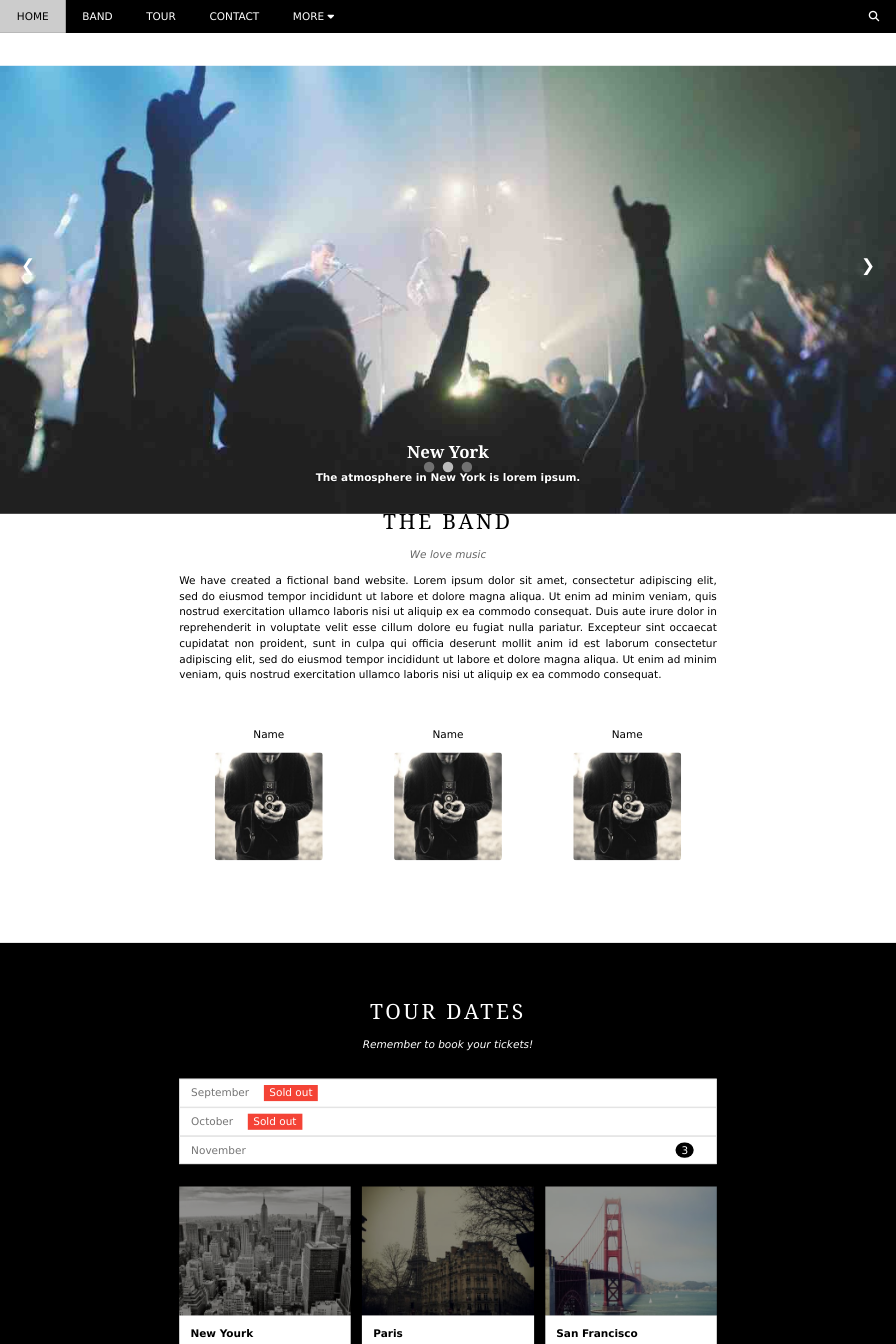
Repository: tam1512/The-Band
Page: index.html
These files come from the project's save history. The page is drawn as it stood at one moment and after the next save; the edit follows.
The browser window is 1280 px wide. The pictures show the part of the page from y = 0 to 1920 px (the page is 3603 px tall), at 70% of full size.
Some web libraries are served in a nearby version.

Above is the page before, as saved 2022-07-27 19:51:20.

### index.html
<!DOCTYPE html>
<html lang="en">
  <head>
    <meta charset="UTF-8" />
    <meta http-equiv="X-UA-Compatible" content="IE=edge" />
    <meta name="viewport" content="width=device-width, initial-scale=1.0" />
    <link
      rel="stylesheet"
      href="https://cdnjs.cloudflare.com/ajax/libs/font-awesome/6.1.1/css/all.min.css"
      integrity="sha512-KfkfwYDsLkIlwQp6LFnl8zNdLGxu9YAA1QvwINks4PhcElQSvqcyVLLD9aMhXd13uQjoXtEKNosOWaZqXgel0g=="
      crossorigin="anonymous"
      referrerpolicy="no-referrer"
    />
    <link rel="stylesheet" href="./assets/css/style.css" />
    <title>The Band</title>
  </head>
  <body>
    <div class="container">
      <!-- header -->
      <div class="header" id="home">
        <ul class="header_nav">
          <li><a href="#home">HOME</a></li>
          <li><a href="#band">BAND</a></li>
          <li><a href="#tour">TOUR</a></li>
          <li><a href="#contact">CONTACT</a></li>
          <li class="header_nav_dropdown">
            <a href="javascript:void(0)" class="dropbtn">
              MORE
              <i class="fa-solid fa-caret-down"></i>
            </a>
            <div class="dropdown-content">
              <a href="#">Merchandise</a>
              <a href="#">Extras</a>
              <a href="#">Media</a>
            </div>
          </li>
        </ul>
        <div id="header_search">
          <i class="fa-solid fa-magnifying-glass text-white"></i>
        </div>
      </div>
      <!-- Slideshow container -->
      <div class="slider">
        <!-- Full-width image with caption text -->
        <div class="slider_slides-cont">
          <div class="slider_slide">
            <img src="assets/img/la.jpg" alt="Los Angeles" />
            <div class="text padding-32-16 text-white">
              <h3 class="fz-24 margin-10-0">Los Angeles</h3>
              <p class="margin-15-0">
                <b class="text-shadow">We had the bes time playing at Venice Beach!</b>
              </p>
            </div>
          </div>

          <div class="slider_slide">
            <img src="assets/img/ny.jpg" alt="New York" />
            <div class="text padding-32-16 text-white">
              <h3 class="fz-24 margin-10-0">New York</h3>
              <p class="margin-15-0">
                <b class="text-shadow">The atmosphere in New York is lorem ipsum.</b>
              </p>
            </div>
          </div>

          <div class="slider_slide">
            <img src="assets/img/chicago.jpg" alt="Chicago" />
            <div class="text padding-32-16 text-white">
              <h3 class="fz-24 margin-10-0">Chicago</h3>
              <p class="margin-15-0">
                <b class="text-shadow">Thank you, Chicago - A night we won't forget</b>
              </p>
            </div>
          </div>
        </div>

        <!-- The pagination/circles -->
         <div class="slider_pagination"></div>

        <!-- Next and previous buttons (navigatin slide)-->
        <a class="prev">&#10094</a>
        <a class="next">&#10095</a>
      </div>
      <div class="content">
          <div class="padding-64-16 text-center" id="band">
            <h2 class="tilte fz-30 margin-10-0">THE BAND</h2>
            <p class="margin-15-0"><i class="sub-title opacity">We love music</i></p>
            <p class="band_content margin-15-0 text-justify">We have created a fictional band website. Lorem ipsum dolor sit amet, consectetur adipiscing elit, sed do eiusmod tempor incididunt ut labore et dolore magna aliqua. Ut enim ad minim veniam, quis nostrud exercitation ullamco laboris nisi ut aliquip ex ea commodo consequat. Duis aute irure dolor in reprehenderit in voluptate velit esse cillum dolore eu fugiat nulla pariatur. Excepteur sint occaecat cupidatat non proident, sunt in culpa qui officia deserunt mollit anim id est laborum consectetur adipiscing elit, sed do eiusmod tempor incididunt ut labore et dolore magna aliqua. Ut enim ad minim veniam, quis nostrud exercitation ullamco laboris nisi ut aliquip ex ea commodo consequat.</p>
            <div class="row band_members padding-32-0">
              <div class="third band_member">
                <p class="margin-15-0">Name</p>
                <img src="assets/img/bandmember.jpg" alt="band member" class="band_member_img margin-bottom-16">
              </div>
              <div class="third band_member">
                <p class="margin-15-0">Name</p>
                <img src="assets/img/bandmember.jpg" alt="band member" class="band_member_img margin-bottom-16">
              </div>
              <div class="third band_member">
                <p class="margin-15-0">Name</p>
                <img src="assets/img/bandmember.jpg" alt="band member" class="band_member_img margin-bottom-16">
              </div>
            </div>
          </div>
          <div class="backgroud-black" id="tour">
            <div class="tour-container padding-64-16 text-center text-white">
              <h2 class="tilte fz-30 margin-10-0">TOUR DATES</h2>
              <p class="margin-15-0"><i class="sub-title">Remember to book your tickets!</i></p>
              <br>
              <ul class="list-month backgroud-white">
                <li class="month-item padding-8-16 boder-bottom">
                  <p class="month text-grey">September</p>
                  <span class="ticket-sold-out text-white">Sold out</span>
                </li>
                <li class="month-item padding-8-16 boder-bottom">
                  <p class="month text-grey">October</p>
                  <span class="ticket-sold-out text-white">Sold out</span>
                </li>
                <li class="month-item padding-8-16 boder-bottom">
                  <p class="month text-grey">November</p>
                  <span class="ticket-still text-white">3</span>
                </li>
              </ul>

              <div class="row ticket-list padding-32-8">
                <div class="ticket-wrap third margin-bottom-16 padding-0-8">
                  <img class="ticket-img img opacity" src="assets/img/newyork.jpg" alt="Ticket New Yourk">
                  <div class="ticket-content padding-0-16 backgroud-white text-left">
                    <p class="ticket-name margin-15-0 text-black"><b>New Yourk</b></p>
                    <p class="ticket-time margin-15-0 text-grey">Fri 27 Nov 2016</p>
                    <p class="ticket-desc margin-15-0 text-black">Praesent tincidunt sed tellus ut rutrum sed vitae justo.</p>
                    <button class="btn-buy-ticket btn margin-bottom-16">Buy Ticket</button>
                  </div>
                </div>
                <div class="ticket-wrap third margin-bottom-16 padding-0-8">
                  <img class="ticket-img img opacity" src="assets/img/paris.jpg" alt="Ticket Chicago">
                  <div class="ticket-content padding-0-16 backgroud-white text-left">
                    <p class="ticket-name margin-15-0 text-black"><b>Paris</b></p>
                    <p class="ticket-time margin-15-0 text-grey">Sat 28 Nov 2016</p>
                    <p class="ticket-desc margin-15-0 text-black">Praesent tincidunt sed tellus ut rutrum sed vitae justo.</p>
                    <button class="btn-buy-ticket btn margin-bottom-16">Buy Ticket</button>
                  </div>
                </div>
                <div class="ticket-wrap third margin-bottom-16 padding-0-8">
                  <img class="ticket-img img opacity" src="assets/img/sanfran.jpg" alt="Ticket San Francisco">
                  <div class="ticket-content padding-0-16 backgroud-white text-left">
                    <p class="ticket-name margin-15-0 text-black"><b>San Francisco</b></p>
                    <p class="ticket-time margin-15-0 text-grey">Sun 29 Nov 2016</p>
                    <p class="ticket-desc margin-15-0 text-black">Praesent tincidunt sed tellus ut rutrum sed vitae justo.</p>
                    <button class="btn-buy-ticket btn margin-bottom-16">Buy Ticket</button>
                  </div>
                </div>
              </div>
            </div>
          </div>
          <div class="padding-64-16 text-center" id="contact">
            <h2 class="tilte fz-30 margin-10-0">CONTACT</h2>
            <p class="margin-15-0"><i class="sub-title opacity">Fan? Drop a note!</i></p>
            <div class="row padding-32-0">
              <div class="contact_content half margin-bottom-16 text-left">
                <p class="margin-bottom-8" id="contact_adress">
                  <i class="fa-solid fa-location-dot"></i>
                  Chicago, US
                </p>
                <p class="margin-bottom-8" id="contact_phone">
                  <i class="fa-solid fa-phone"></i>
                  Phone: <a href="tel:+00 151515">+00 151515</a>
                </p>
                <p class="margin-bottom-8" id="contact_email">
                  <i class="fa-solid fa-envelope"></i>
                  Email: <a href="mailto:mail@mail.com">mail@mail.com</a>
                </p>
              </div>
              <div class="contact_form half row">
                <form >
                  <div class="row row-padding name_email_form">
                    <div class="half">
                      <input type="text" name="contact_name" id="contact_name" class="input full" placeholder="Name" required>
                    </div>
                    <div class="half">
                      <input type="email" name="contact_email" id="contact_email" class="input full" placeholder="Email" required>
                    </div>
                  </div>
                  <input type="text" name="contact_message" id="contact_message" class="full input" placeholder="Message" required>
                  <input type="submit" class="btn right margin-16-0" value="SEND"></input>
                </form>
              </div>
            </div>
          </div>
          <!-- img of location/ map -->
          <img src="assets/img/map.jpg" alt="Location/Map" class="img-map img">
      </div>
      <div class="footer padding-64-16 text-center text-grey">
        <div class="social-media fz-24">
          <i class="fa-brands fa-facebook-square"></i>
          <i class="fa-brands fa-instagram"></i>
          <i class="fa-brands fa-snapchat"></i>
          <i class="fa-brands fa-pinterest-p"></i>
          <i class="fa-brands fa-twitter"></i>
          <i class="fa-brands fa-linkedin-in"></i>
        </div>
        <p class="powered margin-15-0">
          Powered by
          <a class="text-grey" href="javascript:void(0);" target="_blank">w3.css</a>
        </p>
      </div>
    </div>
    <!-- Ticket modal -->
    <div id="ticketModal">
     <div class="ticket-modal-content">
       <div class="modal-heading padding-32-16">
         <span class="btn-ticket-out btn">&times;</span>
         <h2 class="ticket-title text-center text-white fz-30">
           <i class="fa-solid fa-suitcase"></i>
           Tickets
         </h2>
       </div>
       <form class="ticket-form padding-0-16">
         <label class="ticket-form-label margin-16-0" for="quantity_person">
           <i class="fa-solid fa-cart-shopping"></i>
           Tickets, $15 per person
         </label>
         <input type="text" class="input full" id="quantity_person" name="quantity_person" placeholder="How many?">
         <label class="ticket-form-label margin-16-0" for="email">
           <i class="fa-solid fa-user"></i>
           Send To
         </label>
         <input type="email" class="input full" id="email" name="email" placeholder="Enter email">
         <a href="javascipt:void(0)" class="big-btn btn margin-16-0">
           Pay
           <i class="fa-solid fa-check"></i>
         </a>
       </form>
       <div class="modal-footer padding-0-16">
         <button class="ticket-footer-close btn margin-16-0">
           Close
           <i class="fa-solid fa-xmark"></i>
         </button>
         <p class="ticket-help margin-15-0">
           Need
           <a href="javascript::void(0);">help?</a>
         </p>
       </div>
     </div>
    </div>
    <script src="assets/js/js.js"></script>
  </body>
</html>

### assets/css/style.css
:root {
}

* {
  padding: 0em;
  margin: 0;
  box-sizing: border-box;
}

body {
  font-family: Verdana, sans-serif;
  font-size: 15px;
  line-height: 22.5px;
}

h1,
h2,
h3,
h4,
h5,
h6 {
  font-family: Georgia, serif;
}

.row:after {
  content: "";
  display: table;
  clear: both;
}

.row-padding {
  padding: 0 8px;
}

.row-padding > .half {
  padding: 0 8px;
}

.third {
  float: left;
  width: calc(100% / 3);
}

.half {
  float: left;
  width: 50%;
}

.full {
  width: 100%;
}

.right {
  float: right;
}

.fz-24 {
  font-size: 24px;
}

.fz-30 {
  font-size: 30px;
}

.text-white {
  color: white;
}

.text-grey {
  color: #757575;
}

.text-black {
  color: #000;
}

.opacity {
  opacity: 0.6 !important;
}

.backgroud-black {
  background-color: #000;
}

.backgroud-white {
  background-color: #fff;
}

.text-center {
  text-align: center;
}

.text-justify {
  text-align: justify;
}

.text-left {
  text-align: left;
}

.padding-0-8 {
  padding: 0.01em 8px !important;
}

.padding-0-16 {
  padding: 0.01em 16px !important;
}

.padding-64-16 {
  padding: 64px 16px !important;
}

.padding-32-16 {
  padding: 32px 16px !important;
}

.padding-32-8 {
  padding: 32px 8px !important;
}

.padding-32-0 {
  padding: 32px 0 !important;
}

.padding-8-16 {
  padding: 8px 16px !important;
}

.padding-32 {
  padding: 32px !important;
}

.margin-0-24 {
  margin: 0 24px !important;
}

.margin-10-0 {
  margin: 10px 0 !important;
}

.margin-15-0 {
  margin: 15px 0 !important;
}

.margin-16-0 {
  margin: 16px 0 !important;
}

.margin-bottom-16 {
  margin-bottom: 16px !important;
}

.margin-bottom-8 {
  margin-bottom: 8px !important;
}

.text-shadow {
  text-shadow: 0 0 3px #000;
}

.boder-bottom {
  border: 1px solid #ddd;
}

.btn {
  display: inline-block;
  text-decoration: none;
  color: white;
  border: none;
  outline: none;
  padding: 8px 16px;
  background-color: #000;
  line-height: 22.5px;
  font-size: 15px;
  text-align: center;
  cursor: pointer;
}

.btn:hover {
  background-color: #ccc;
  color: #000;
}

.img {
  width: 100%;
  outline: none;
  vertical-align: middle;
}

.header {
  position: fixed;
  top: 0;
  right: 0;
  left: 0;
  z-index: 2;
}

.header_nav {
  list-style-type: none;
  background-color: #000;
  overflow: hidden;
}

.header_nav > li {
  float: left;
}

.header_nav > li > a,
.dropbtn {
  display: inline-block;
  padding: 12px 24px;
  text-align: center;
  color: #fff;
  text-decoration: none;
}

.header_nav > li > a:hover,
.header_nav_dropdown:hover,
.dropbtn:hover,
.dropdown-content a:hover {
  background-color: #ccc;
  color: black;
}

li.header_nav_dropdown {
  display: inline-block;
  /* position: relative; */
}

.dropdown-content {
  display: none;
  position: absolute;
  min-width: 160px;
  background-color: #fff;
  box-shadow: 0px 8px 16px 0px rgba(0, 0, 0, 0.2);
  z-index: 1;
}

.dropdown-content a {
  color: #000 !important;
  text-align: left;
  padding: 8px 16px;
  display: block;
  text-decoration: none;
}

.header_nav_dropdown:hover .dropdown-content {
  display: block;
}

#header_search {
  position: absolute;
  top: 0;
  right: 0;
  padding: 12px 24px;
}

#header_search:hover {
  background-color: #f44336;
}

/* Slider */
/* Slideshow container */
.slider,
.slider_slides-cont {
  max-width: 100%;
  height: auto;
  position: relative;
  top: 47px;
  margin: auto;
}

/* Hide the images by default */
.slider_slide {
  display: none;
}

.slider_slide:first-child {
  display: block;
}

.slider_slides-cont img {
  width: 100%;
  height: 100%;
}

/* Next & previous buttons */
.prev,
.next {
  cursor: pointer;
  position: absolute;
  top: 50%;
  transform: translate(0, -50%);
  margin: 10px;
  padding: 24px 20px;
  color: #fff;
  font-weight: bold;
  font-size: 24px;
  transition: background-color 0.6s ease;
  border-radius: 5px 5px 5px 5px;
  user-select: none;
}

/* Position the "next button" to the right */
.next {
  right: 0;
  border-radius: 5px 5px 5px 5px;
}

/* On hover, add a black backgroound color with a little bit see-through */
.prev:hover,
.next:hover {
  background-color: rgba(191, 191, 191, 0.6);
  color: rgb(26, 23, 23);
  font-weight: bolder;
}

/* Caption text */
.text {
  position: absolute;
  left: 50%;
  transform: translate(-50%, -100%);
  text-align: center;
}

.slider_pagination {
  position: absolute;
  left: 50%;
  transform: translate(-50%, -120%);
}

.slider_pagination_btn {
  cursor: pointer;
  padding: 6px;
  background-color: transparent;
  display: inline-block;
  transition: background-color 0.6s ease;
}

.slider_pagination_btn::before {
  content: "";
  display: inline-block;
  height: 15px;
  width: 15px;
  border-radius: 50%;
  background-color: #717171;
}
.slider_pagination_btn.slider_pagination_btn--sel::before,
.slider_pagination_btn:hover::before {
  background-color: #bbb;
}

/* content */

#band,
.tour-container,
#contact {
  max-width: 800px;
  margin-left: auto;
  margin-right: auto;
}

.tilte {
  font-weight: normal;
  line-height: 45px;
  letter-spacing: 4px;
}

/* band */
/* Third image */

.band_member_img {
  width: 60%;
  border-radius: 4px;
}

/* Month ticket */
.list-month {
  list-style-type: none;
  text-align: left;
}

.month-item {
  position: relative;
}

.month {
  display: inline-block;
}

.ticket-sold-out {
  display: inline-block;
  background-color: #f44336;
  padding: 0.01em 8px;
  margin-left: 16px;
}

.ticket-still {
  display: inline-block;
  padding: 0.01em 8px;
  position: absolute;
  right: 32px;
  text-align: center;
  background-color: #000;
  border-radius: 50%;
}

/* ticket list */
.ticket-list {
  margin: 0 -16px;
}

/* ticket modal */
#ticketModal {
  display: none;
  position: fixed;
  top: 0;
  right: 0;
  bottom: 0;
  left: 0;
  overflow: auto;
  background-color: rgba(0, 0, 0, 0.4);
  z-index: 3;
}

.ticket-modal-content {
  position: relative;
  top: 49px;
  width: 500px;
  margin: auto;
  background-color: #fff;
  box-shadow: 0 4px 10px 0 rgb(0 0 0 / 20%), 0 4px 20px 0 rgb(0 0 0 / 19%);
  animation: animationtop 0.4s;
}

.modal-heading {
  background-color: #009688;
}

.ticket-title {
  font-weight: normal;
  letter-spacing: 4px;
  margin: 10px 0;
  line-height: 45px;
}

.ticket-title i {
  margin-right: 8px;
}

.btn-ticket-out {
  position: absolute;
  top: 0;
  right: 0;
  font-size: 20px;
  line-height: 36px;
  background-color: transparent;
}

.ticket-form-label {
  display: block;
}

.ticket-form-label i {
  line-height: 15px;
  font-size: 13px;
}

.input {
  display: block;
  padding: 8px;
  font-size: 15px;
  line-height: 22.5px;
  border: 1px solid #ccc;
  background-color: #fff;
}

.big-btn {
  padding: 16px;
  background-color: #009688;
  width: 100%;
  text-transform: uppercase;
}

/* modal footer */
.ticket-footer-close {
  line-height: 20px;
  background-color: #f44336;
}

.ticket-help {
  float: right;
}

.ticket-help a {
  color: #2196f3;
}

.modal-footer::after {
  content: "";
  clear: both;
}

@keyframes animationtop {
  from {
    top: -300px;
    opacity: 0;
  }
  to {
    top: 49px;
    opacity: 1;
  }
}

/* CONTACT */
.contact_content {
  font-size: 18px;
  font-weight: normal;
}

.contact_content > p > i {
  width: 30px;
}

.name_email_form {
  margin: 0 -16px 8px;
}

/* img location/map */
.img-map {
  max-width: 100%;
  filter: grayscale(50%);
}

### assets/js/js.js
let currentIndex = 0;
let newIndex = 0;
let autoplay = true;

//tạo một object cho việc tự động chuyển slide
let Autoplay = {
  timerID: null,
  interval: 4000,

  start: function () {
    this.timerID = setInterval(function () {
      newIndex++;
      navigateSlider();
    }, this.interval);
  },

  reset: function () {
    clearInterval(this.timerID);
    this.start();
  },
};

let slideElements = document.getElementsByClassName("slider_slide");
let slidesLength = slideElements.length;
let paginationElement = document.getElementsByClassName("slider_pagination")[0];
let prevElement = document.getElementsByClassName("prev")[0];
let nextElement = document.getElementsByClassName("next")[0];
// variable modal
let modal = document.getElementById("ticketModal");
let headerModalOut = document.getElementsByClassName("btn-ticket-out")[0];
let footerModalOut = document.getElementsByClassName("ticket-footer-close")[0];
let btnBuyTickets = document.getElementsByClassName("btn-buy-ticket");
// SLIDER
// lấy sự kiện click của 2 nut prev và next
prevElement.addEventListener("click", function () {
  newIndex--;
  navigateSlider();
});

nextElement.addEventListener("click", function () {
  newIndex++;
  navigateSlider();
});

// tạo số dot tương ứng với số slide
paginationHTML = [];
for (let i = 0; i < slidesLength; i++) {
  paginationHTML.push(
    `<span class="slider_pagination_btn" data-index="${i}"></span>`
  );
}
// Thêm paginationHTML vào bên trong thẻ HTML
paginationElement.innerHTML = paginationHTML.join("");

//kiểm tra xem đã có phần tử chứa class="slider_pagination_btn" chưa? nếu có lấy giá trị trong data-index của nó gán cho newIndex
paginationElement.addEventListener("click", function (e) {
  let target = e.target;
  if (target.classList.contains("slider_pagination_btn")) {
    newIndex = Number(target.getAttribute("data-index"));
    navigateSlider();
  }
});

// Hàm hiện thị slide
function navigateSlider() {
  // Kiểm tra để newIndex luôn nằm trong khoảng từ 0 -> slideLength
  if (newIndex < 0) {
    newIndex = slidesLength - 1;
  } else if (newIndex > slidesLength - 1) {
    newIndex = 0;
  }

  //Thêm và xóa slider_pagination_btn--sel
  paginationElement.childNodes[currentIndex].classList.remove(
    "slider_pagination_btn--sel"
  );
  paginationElement.childNodes[newIndex].classList.add(
    "slider_pagination_btn--sel"
  );

  //reset interval(khoảng thời gian) để slide không gặp vấn đề về chuyển đổi
  if (autoplay) {
    Autoplay.reset();
  }

  //Ẩn slide trước và hiện slide cần hiện
  slideElements[currentIndex].style.display = "none";
  slideElements[newIndex].style.display = "block";

  currentIndex = newIndex;
}

// thiết lập autoplay cho slider
if (autoplay) {
  Autoplay.start();
}

// khi load page sẽ bị lỗi hiển thị ban đầu, đây là cách giải quyết
navigateSlider();

// END SLIDER

// MODAL

for (let i = 0; i < btnBuyTickets.length; i++) {
  btnBuyTickets[i].addEventListener("click", () => {
    openModal();
  });
}

headerModalOut.addEventListener("click", function () {
  outMoDal();
});
footerModalOut.addEventListener("click", function () {
  outMoDal();
});

window.addEventListener("click", function (e) {
  if (e.target == modal) {
    outMoDal();
  }
});

function openModal() {
  modal.style.display = "block";
}

function outMoDal() {
  modal.style.display = "none";
}

After the next save:
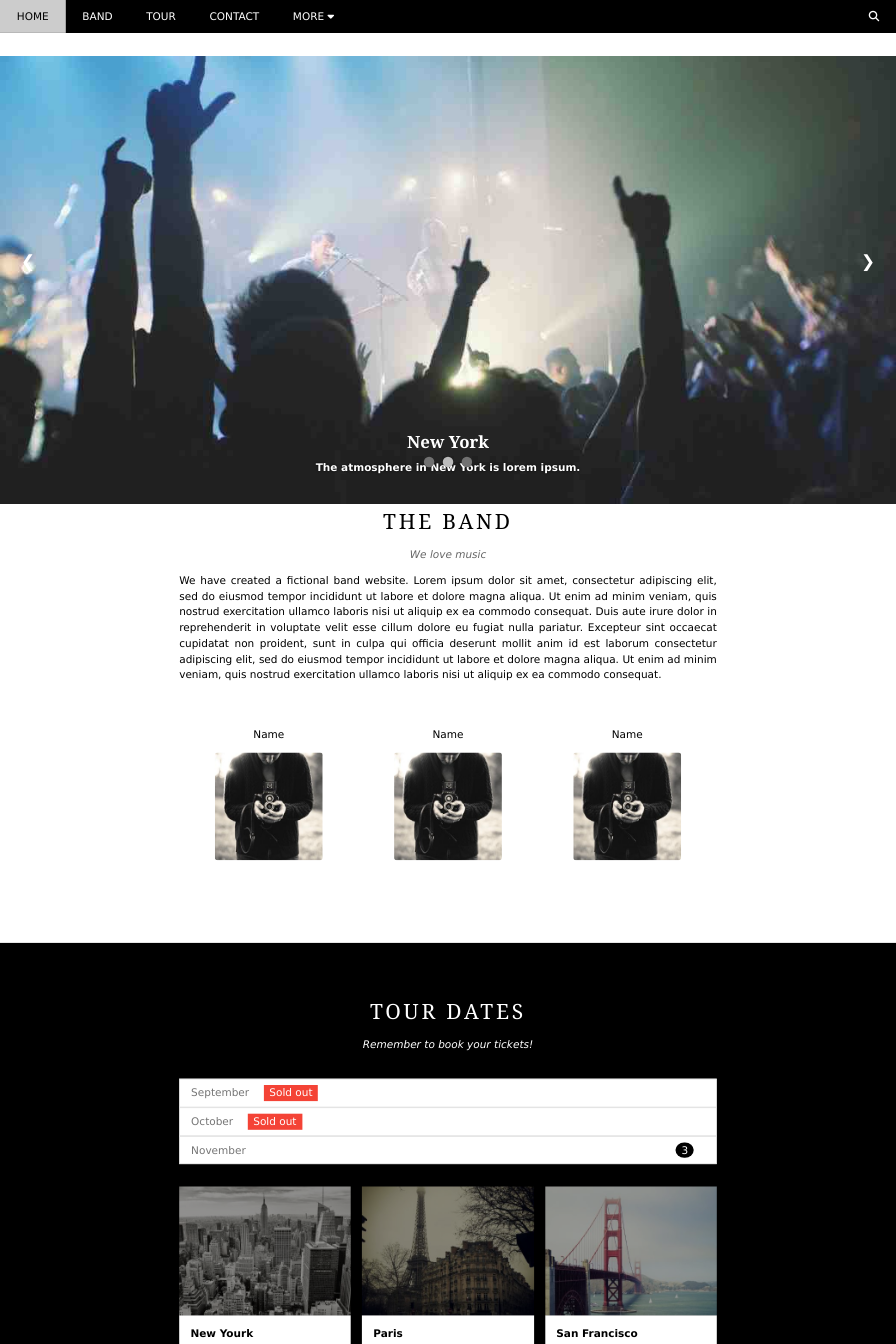
Saved 20 s later.
--- a/assets/css/style.css
+++ b/assets/css/style.css
@@ -266,7 +266,7 @@
   max-width: 100%;
   height: auto;
   position: relative;
-  top: 47px;
+  top: 40px;
   margin: auto;
 }
 
